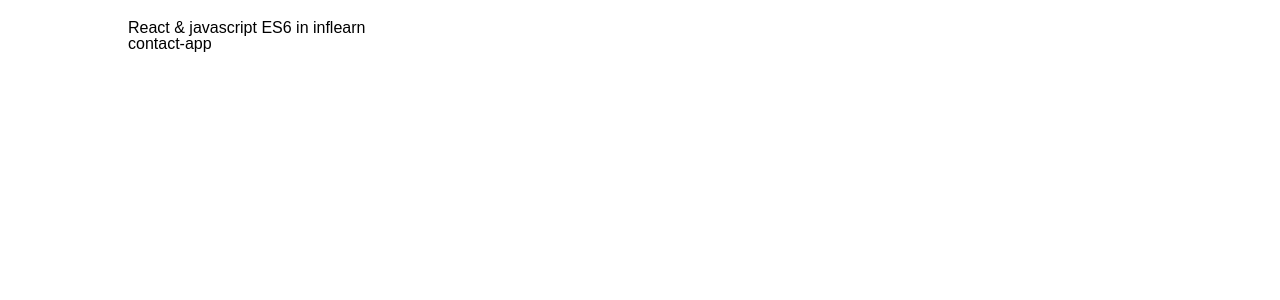
Repository: Hjinyyyy/react_beginner
Page: index.html
These files come from the project's save history. The page is drawn as it stood at one moment and after the next save; the edit follows.
The browser window is 1280 px wide. The pictures show the whole page.

Above is the page before, as saved 2021-10-26 14:27:47.

After the next save:
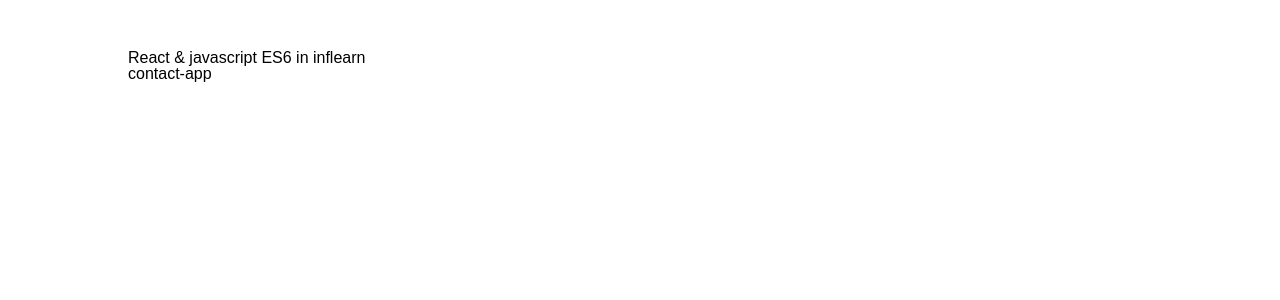
Saved 10 s later.
--- a/css/default.css
+++ b/css/default.css
@@ -1 +1 @@
-.wrap { margin: 20px auto; width: 80%; }
+.wrap { margin: 50px auto; width: 80%; }
